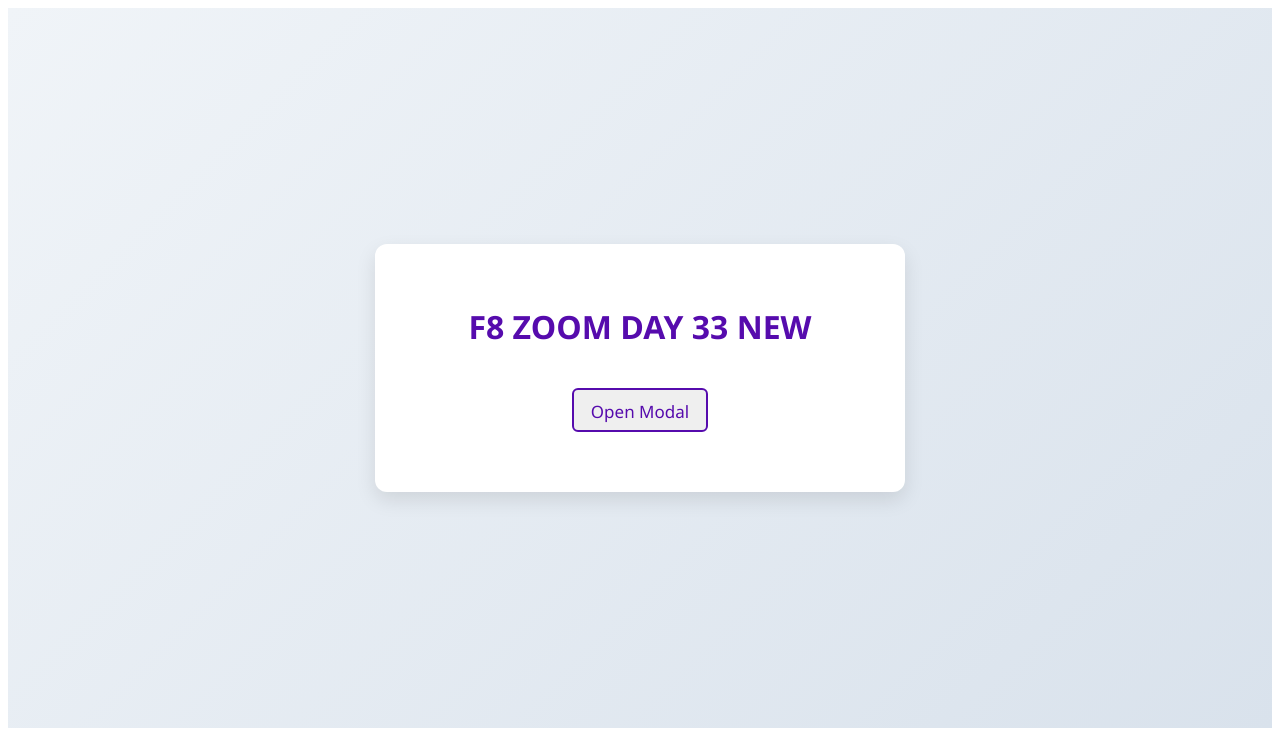
Repository: lannguyen1301/f8-zoom-day-33-new
Page: index.html
These files come from the project's save history. The page is drawn as it stood at one moment and after the next save; the edit follows.
The browser window is 1280 px wide. The pictures show the whole page.

Above is the page before, as saved 2025-08-08 21:51:29.

### index.html
<!DOCTYPE html>
<html lang="en">

<head>
    <meta charset="UTF-8">
    <meta name="viewport" content="width=device-width, initial-scale=1.0">
    <title>F8 ZOOM DAY 33 NEW</title>
    <link rel="stylesheet" href="./assets/css/style.css">

</head>

<body>
    <div class="main">
        <div class="card">
            <h1 class="title">F8 ZOOM DAY 33 NEW</h1>
            <button id="open-modal">Open Modal</button>
        </div>
    </div>

    <!-- App Modal -->
    <app-modal>
    </app-modal>


    <script type="module" src="./main.js"></script>
</body>

</html>

### assets/css/style.css
.main {
    margin: 0;
    height: 100vh;
    display: flex;
    justify-content: center;
    align-items: center;
    background: linear-gradient(135deg, #f0f4f8, #d9e2ec);
    font-family: "Segoe UI", sans-serif;
}

.card {
    background: white;
    padding: 40px;
    border-radius: 12px;
    box-shadow: 0 8px 20px rgba(0, 0, 0, 0.1);
    text-align: center;
    min-width: 450px;
}

.card h1 {
    margin-bottom: 20px;
    color: #560bad;
}

/* From Uiverse.io by cssbuttons-io */
button {
    --color: #560bad;
    font-family: inherit;
    display: inline-block;
    width: 8em;
    height: 2.6em;
    line-height: 2.5em;
    margin: 20px;
    position: relative;
    cursor: pointer;
    overflow: hidden;
    border: 2px solid var(--color);
    transition: color 0.5s;
    z-index: 0;
    font-size: 17px;
    border-radius: 6px;
    font-weight: 500;
    color: var(--color);
}
button:before {
    content: "";
    position: absolute;
    z-index: -1;
    background: var(--color);
    height: 150px;
    width: 200px;
    border-radius: 50%;
}

button:hover {
    color: #fff;
}

button:before {
    top: 100%;
    left: 100%;
    transition: all 0.7s;
}

button:hover:before {
    top: -30px;
    left: -30px;
}

button:active:before {
    background: #3a0ca3;
    transition: background 0s;
}

span {
    display: block;
    width: 50px;
    height: 50px;
    border-radius: 50%;
    background: #f0f0f0;
    text-align: center;
    color: #560bad;
    font-size: 2rem;
    margin-left: auto;
    margin-right: 0;
    border: 1px solid #560bad;
}

### main.js
import "./Components/app-modal.js";

// Open Modal

// Lấy nút mở modal từ DOM để gắn sự kiện click.
const openModalBtn = document.querySelector("#open-modal");

// Truy cập trực tiếp vào custom element <app-modal>
// để gọi các phương thức như .open() và .close().
const appModal = document.querySelector("app-modal");
console.log(appModal); //Debug: kiểm tra xem phần tử đã được lấy đúng chưa.

// Lắng nghe sự kiện close do modal phát ra (có thể từ nút Cancel, nút X, hoặc phím Escape).
appModal.addEventListener("close", () => {
    // code...
    // alert("Da dong");
    appModal.close();
    // Gọi appModal.close() để thực hiện đóng modal
});

// bấm nút “Open Modal”, gọi appModal.open() để hiển thị modal.
openModalBtn.addEventListener("click", () => {
    appModal.open();
});

### Components/app-modal.js
class AppModal extends HTMLElement {
    constructor() {
        super();
        this.attachShadow({ mode: "open" });
    }

    open() {
        const template = document.createElement("template");

        // cach 1
        template.setAttribute("id", "app-modal-tpl");

        /**
         * cach 2
          template.id = "app-modal-tpl";
         */
        //

        template.innerHTML = `

        <!-- Thêm CSS Internals -->
        <style>
            * {
                padding: 0;
                margin: 0;
                box-sizing: border-box;
            }

            body {
                height: 100%;
                overflow: hidden;
            }

            :host {
                --app-modal-heading-color: #560bad;
                --app-modal-padding: 60px
                    /* màu mặc định đang là màu đỏ */
            }


            .main {
            position: fixed;
            inset: 0;
            display: flex;
            justify-content: center;
            align-items: center;
            background: linear-gradient(135deg, #f0f4f8, #d9e2ec);
            font-family: "Segoe UI", sans-serif;

            }

            .card {
                background: white;
                padding: 40px;
                border-radius: 12px;
                box-shadow: 0 8px 20px rgba(0, 0, 0, 0.1);
                text-align: center;
                min-width: 450px;
            }

            .card h1 {
                margin-bottom: 20px;
                color: #560bad;
            }

            /* From Uiverse.io by cssbuttons-io */
            button {
                --color: #560bad;
                font-family: inherit;
                display: inline-block;
                width: 8em;
                height: 2.6em;
                line-height: 2.5em;
                margin: 20px;
                position: relative;
                cursor: pointer;
                overflow: hidden;
                border: 2px solid var(--color);
                transition: color 0.5s;
                z-index: 0;
                font-size: 17px;
                border-radius: 6px;
                font-weight: 500;
                color: var(--color);
            }
            button:before {
                content: "";
                position: absolute;
                z-index: -1;
                background: var(--color);
                height: 150px;
                width: 200px;
                border-radius: 50%;
            }

            button:hover {
                color: #fff;
            }

            button:before {
                top: 100%;
                left: 100%;
                transition: all 0.7s;
            }

            button:hover:before {
                top: -30px;
                left: -30px;
            }

            button:active:before {
                background: #3a0ca3;
                transition: background 0s;
            }

            /* modal*/
            .modal {
                position: fixed;
                inset: 0;
                display: flex;
                align-items: center;
                justify-content: center;
                background: rgba(0, 0, 0, 0.6);
                flex-direction: column;
                transform: scale(0.5);
                pointer-events: none;
                opacity: 0.2;
                transition:  opacity 0.5s ease, transform 0.5s ease;
            }

            .modal.show {
                opacity: 1;
                transform: scale(1);
                pointer-events: auto;

            }

            .modal.hidden {
                opacity: 0.2;
                transform: scale(0.5);
                pointer-events: none;
                transition: opacity 0.5s ease, transform 0.5s ease;
            }

            .inner {
                max-width: 600px;
                padding: var(--app-modal-padding, 20px);
                background: #fff;
                position: relative;
                max-height: 450px;
                border-radius: 10px;
                overflow: auto;
                /*box-shadow: 0 0 10px red;*/
            }

            .inner::-webkit-scrollbar {
                border-radius: 10px;
                width: 10px
            }

            .inner::-webkit-scrollbar-thumb {
                border-radius: 10px;
                background: #777;
                width: 10px
            }


            .header {
                margin-bottom: 20px;
            }

            .content {
                margin-bottom: 20px;
                line-height: 1.5rem
            }

            .heading {
                color: var(--app-modal-heading-color, red);
            }

            .header, .content, .footer {
                background: #e1e1e1;
                padding: 20px;
                border-radius: 10px;
                border: 1px solid #a9a9a9;
            }

            .modal span.sp-close {
                display: block;
                width: 40px;
                height: 40px;
                border-radius: 50%;
                background: #f0f0f0;
                text-align: center;
                color: #560bad;
                font-size: 1.5rem;
                border: 1px solid #560bad;
                position: absolute;
                top: 12px;
                left: auto;
                right: 20px;
                transition: background 0.5s ease;
            }

            .modal span.sp-close:hover {
                cursor: pointer;
                background: #560bad;
                color: #fff;
                border: 2px solid orange;
            }


            .modal .footer {
            }

        </style>
        <div class="modal">
            <div class="inner">
                <div class="header" slot="header">
                    <div class="circle"></div>
                    <span id="sp-close" class="sp-close">x</span>
                    <h2 class="heading" id="heading">F8 ZOOM DAY 33 Components</h2>
                </div>
                <div class="content" slot="content">
                    <h2 class="heading">
                        1. JavaScript không chỉ là ngôn ngữ, nó là tư duy
                    </h2>
                    <p>
                        JavaScript dạy bạn cách suy nghĩ linh hoạt. Một biến có thể là số, chuỗi, hoặc một hàm — và điều đó
                        không
                        phải là
                        lỗi, mà là sức mạnh. Khi bạn hiểu được cách JS xử lý bất đồng bộ, closure, và hoisting, bạn không
                        chỉ học
                        ngôn ngữ,
                        bạn đang học cách nhìn thế giới dưới góc độ logic và phản xạ.
                    </p>

                    <h2 class="heading">
                        2. Bất đồng bộ không phải là trở ngại, mà là nghệ thuật
                    </h2>
                    <p>
                        Trong JavaScript, mọi thứ đều có thể xảy ra “sau một chút”. setTimeout, Promise, async/await — chúng
                        không
                        làm bạn
                        chậm lại, chúng giúp bạn kiểm soát thời gian. Khi bạn hiểu được vòng lặp sự kiện (event loop), bạn
                        không còn
                        sợ
                        callback hell, mà bạn thấy được vẻ đẹp của việc điều phối luồng dữ liệu như một nhạc trưởng.
                    </p>

                    <h2 class="heading">
                        3. Code đẹp không phải là code chạy được — mà là code dễ hiểu
                    </h2>
                    <p>
                        Một đoạn code JavaScript chạy đúng là điều cần thiết. Nhưng một đoạn code mà người khác đọc vào hiểu
                        ngay,
                        sửa được,
                        mở rộng được — đó mới là đẳng cấp. Hãy viết code như thể bạn đang viết cho chính mình 6 tháng sau,
                        khi bạn
                        đã quên
                        hết mọi thứ. Đó là lúc bạn biết mình đã viết tốt.
                    </p>

                    <h2 class="heading">
                        4. Những câu châm ngôn dân lập trình JavaScript hay dùng:
                    </h2>
                    <p>
                        “If it works, don’t touch it.” → Câu kinh điển. Code đang chạy ngon lành thì đừng “tò mò” sửa, kẻo
                        lại mở
                        hộp
                        Pandora.
                    </p>
                    <p>
                        “Never refactor on a Friday.” → Đừng bao giờ sửa code vào cuối tuần. Bạn không muốn dành cả thứ Bảy
                        để
                        rollback đâu.
                    </p>
                    <p>
                        “Code không bug là code chưa chạy đủ lâu.” → Một cách nói vui rằng bug là điều tất yếu, chỉ là chưa
                        xuất
                        hiện thôi.
                    </p>
                    <p>
                        “JavaScript: Where false == true is almost true.” → Một cú troll nhẹ về sự kỳ quặc của coercion
                        trong JS.
                    </p>
                    <p>
                        “Đừng cố thông minh hơn trình duyệt.” → Trình duyệt đã xử lý rất nhiều thứ phức tạp. Đừng viết code
                        kiểu
                        “hacky” để
                        vượt mặt nó.
                    </p>
                </div>
                <div class="footer" slot="footer">
                    <button id="close-btn">Cancel</button>
                    <button>Confirm</button>
                </div>
            </div>
        </div>
        `;

        const templateContent = template.content.cloneNode(true);
        // template.content: truy câp vào nội dung bên trong thẻ template, tạo bản copy toàn bộ nội dung bên trong thẻ template.

        this.shadowRoot.appendChild(templateContent);
        // Gắn nội dung đã clone vào shadowRoot của component.

        const modal = this.shadowRoot.querySelector(".modal");
        const closeBtn = this.shadowRoot.querySelector(".sp-close"); // dau X de dong modal
        if (!closeBtn) console.warn("Không tìm thấy nút đóng (X)");

        const cancelBtn = this.shadowRoot.querySelector("#close-btn"); // button cancel
        if (!cancelBtn) console.warn("Không tìm thấy nút Cancel");

        // Hiển thị modal
        requestAnimationFrame(() => {
            modal.classList.add("show");
            // requestAnimationFrame là hàm có sẵn trong js tạo chuyển động mượt mà
            // requestAnimationFrame: Đảm bảo class .show được thêm sau khi DOM render xong
        });

        // Đóng modal khi bấm nút X
        closeBtn.addEventListener("click", () => this.close());

        // Đóng modal khi bấm nút Cancel
        cancelBtn.addEventListener("click", () => this.close());

        // cách 2
        // cancelBtn.onclick = () => {
        //     this.close(); // this = appModal
        // };
        // console.log(cancelBtn);

        // đóng modal khi dùng phím esc
        const escHandler = (e) => {
            if (e.key === "Escape") this.close();
        };

        document.addEventListener("keydown", escHandler);

        // Đóng khi click ra ngoài
        modal.addEventListener("click", (e) => {
            if (e.target === modal) this.close();
        });

        // Lưu lại để cleanup khi đóng
        this._escHandler = escHandler;

        console.log(templateContent); // debug
    }

    close() {
        // tìm phần tử modal trong shadow DOM thông qua truy vấn class modal
        const modal = this.shadowRoot.querySelector(".modal");

        // Nếu không tìm thấy modal thì thoát luôn
        if (!modal) {
            console.warn("Không tìm thấy modal để đóng.");
            return;
        }

        // gỡ class show khỏi modal
        modal.classList.remove("show");

        // add css transition khi gỡ class show
        // Hiển thị modal
        // modal.classList.add("hidden");

        requestAnimationFrame(() => {
            modal.classList.add("hidden");
            // requestAnimationFrame là hàm có sẵn trong js tạo chuyển động mượt mà
            // requestAnimationFrame: Đảm bảo class .show được thêm sau khi DOM render xong
        });

        modal.addEventListener(
            // sau khi thực hiện hết các transition thì mới đóng
            "transitionend",
            () => {
                this.shadowRoot.innerHTML = "";
            },
            { once: true }

            // transitionend: Lắng nghe khi hiệu ứng kết thúc để xoá modal khỏi DOM
        );

        // Sau khi transition xong thì xoá modal khỏi DOM
        // requestAnimationFrame(() => {
        //     // Cleanup sự kiện
        //     document.removeEventListener("keydown", this._escHandler);
        //     // escHandler	Lưu lại hàm xử lý Escape để có thể xoá khi đóng
        // });
    }
}

// Call Function
customElements.define("app-modal", AppModal);

After the next save:
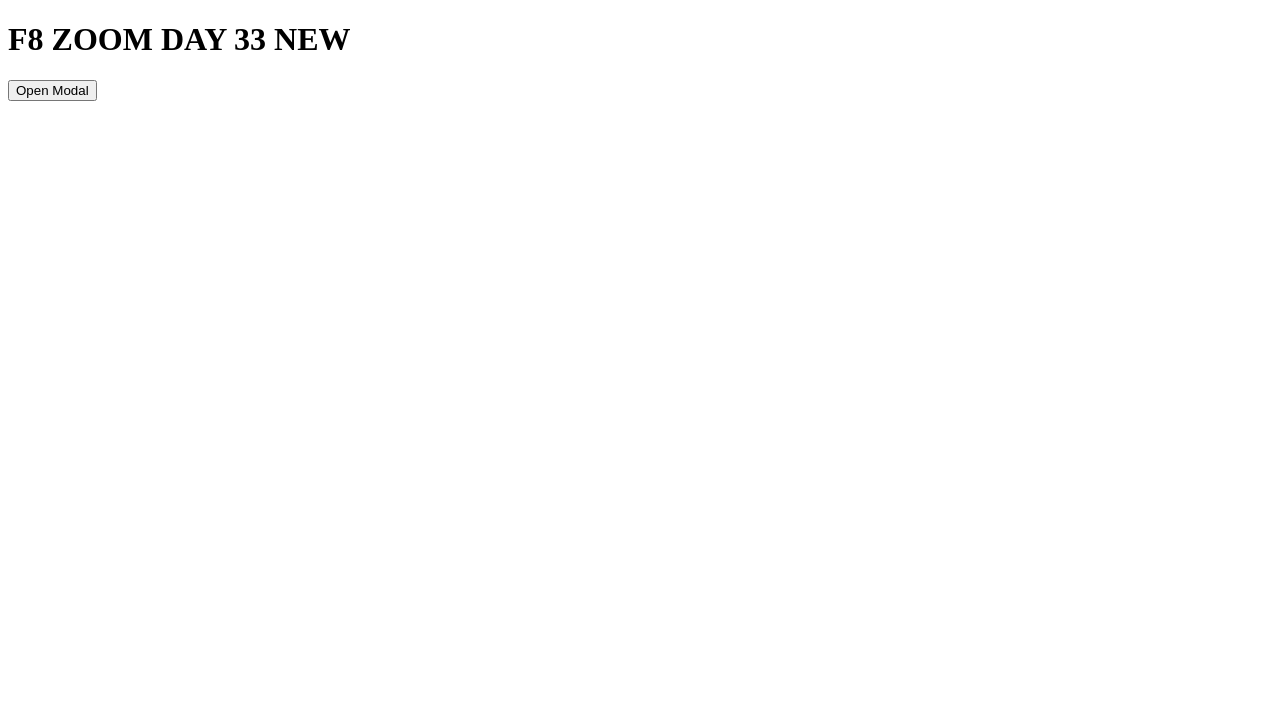
Saved 2 min 20 s later.
--- a/index.html
+++ b/index.html
@@ -5,7 +5,7 @@
     <meta charset="UTF-8">
     <meta name="viewport" content="width=device-width, initial-scale=1.0">
     <title>F8 ZOOM DAY 33 NEW</title>
-    <link rel="stylesheet" href="./assets/css/style.css">
+    <!-- <link rel="stylesheet" href="./assets/css/style.css"> -->
 
 </head>
 

After the 3 saves that followed:
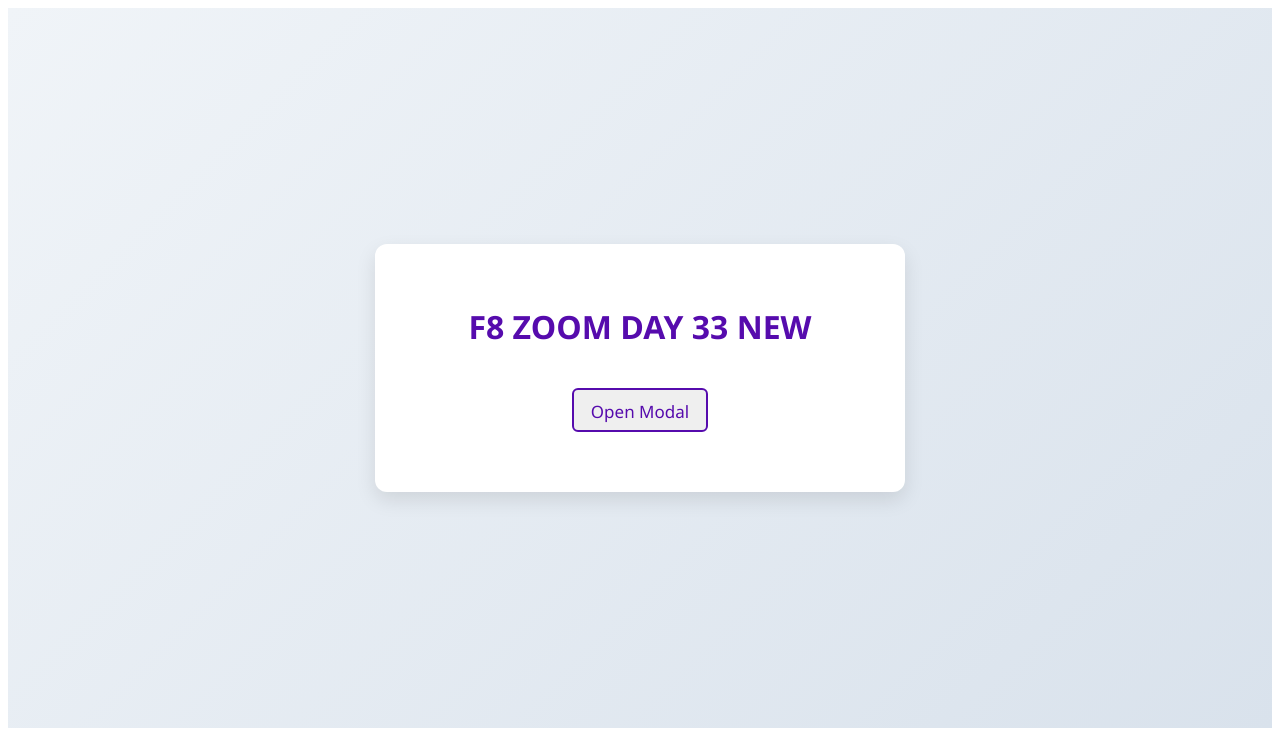
The 3 saves are shown as one change because 2 left the picture as it was.
The last was saved 90 s later.
--- a/index.html
+++ b/index.html
@@ -5,7 +5,7 @@
     <meta charset="UTF-8">
     <meta name="viewport" content="width=device-width, initial-scale=1.0">
     <title>F8 ZOOM DAY 33 NEW</title>
-    <!-- <link rel="stylesheet" href="./assets/css/style.css"> -->
+    <link rel="stylesheet" href="./assets/css/style.css">
 
 </head>
 
--- a/Components/app-modal.js
+++ b/Components/app-modal.js
@@ -26,27 +26,20 @@ class AppModal extends HTMLElement {
                 box-sizing: border-box;
             }
 
-            body {
-                height: 100%;
-                overflow: hidden;
-            }
-
             :host {
                 --app-modal-heading-color: #560bad;
                 --app-modal-padding: 60px
                     /* màu mặc định đang là màu đỏ */
             }
 
-
             .main {
-            position: fixed;
-            inset: 0;
+            margin: 0;
+            height: 100vh;
             display: flex;
             justify-content: center;
             align-items: center;
             background: linear-gradient(135deg, #f0f4f8, #d9e2ec);
             font-family: "Segoe UI", sans-serif;
-
             }
 
             .card {
@@ -113,14 +106,12 @@ class AppModal extends HTMLElement {
                 transition: background 0s;
             }
 
-            /* modal*/
             .modal {
                 position: fixed;
                 inset: 0;
                 display: flex;
                 align-items: center;
                 justify-content: center;
-                background: rgba(0, 0, 0, 0.6);
                 flex-direction: column;
                 transform: scale(0.5);
                 pointer-events: none;
